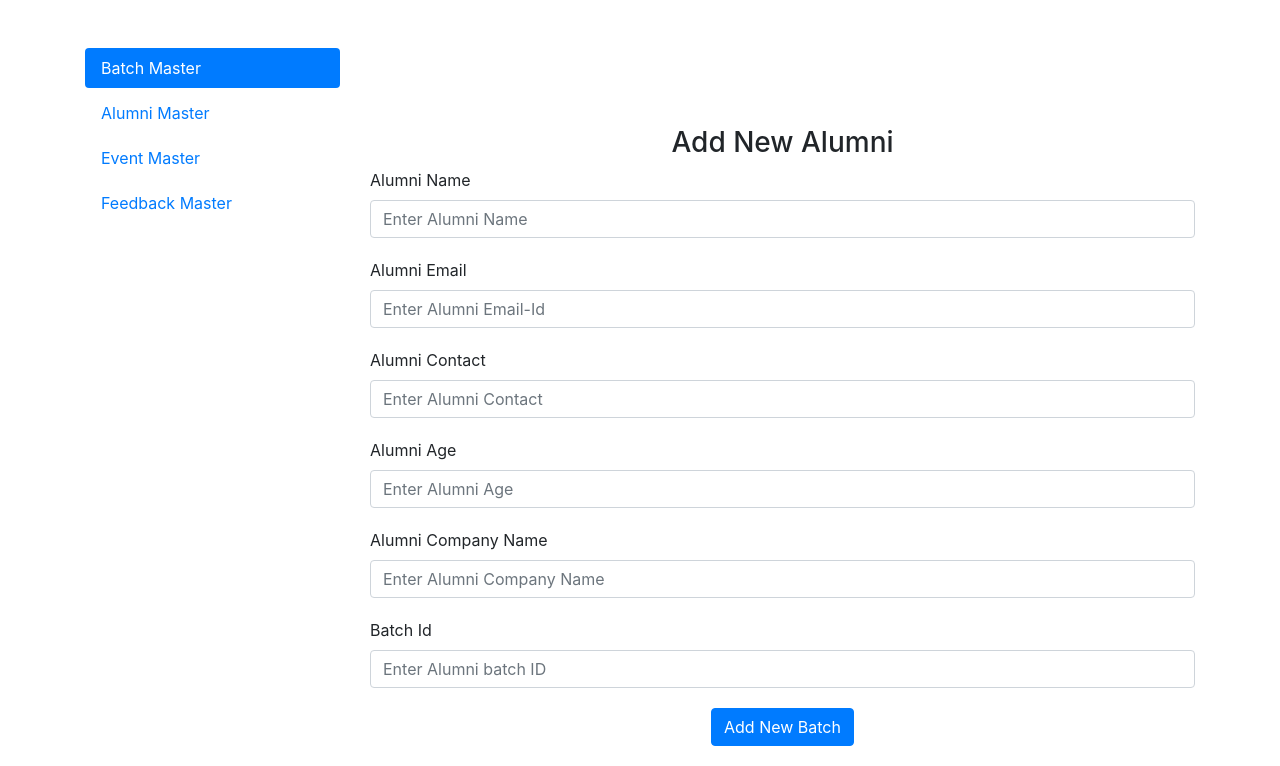
Repository: Shreyash1107/Web_Projects
Page: http://localhost/AlumnieventmanagementApplication/AddAlumni.jsp
These files come from the project's save history. The page is drawn as it stood at one moment and after the next save; the edit follows.
The browser window is 1280 px wide. The pictures show the whole page.
The page is served by Tomcat 9. Nobody is signed in. The application's start-up code is not run.

Above is the page before, as saved 2024-07-28 09:38:34.

After the next save:
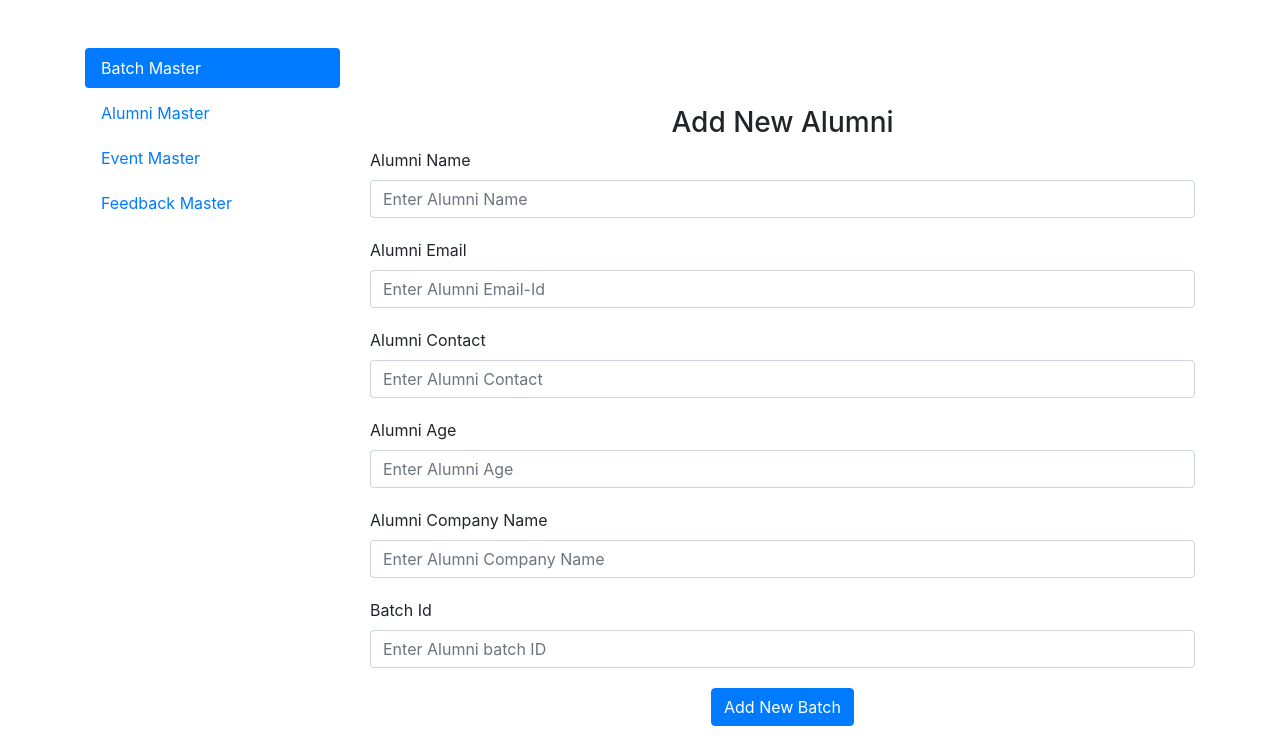
Saved 8 s later.
--- a/AlumnieventmanagementApplication/src/main/webapp/AddAlumni.jsp
+++ b/AlumnieventmanagementApplication/src/main/webapp/AddAlumni.jsp
@@ -11,7 +11,7 @@
 	crossorigin="anonymous">
 	<style>
 	.form-container {
-		padding-top: 30px;
+		padding-top: 10px;
 	}
 	.form-group {
 		margin-bottom: 20px;
